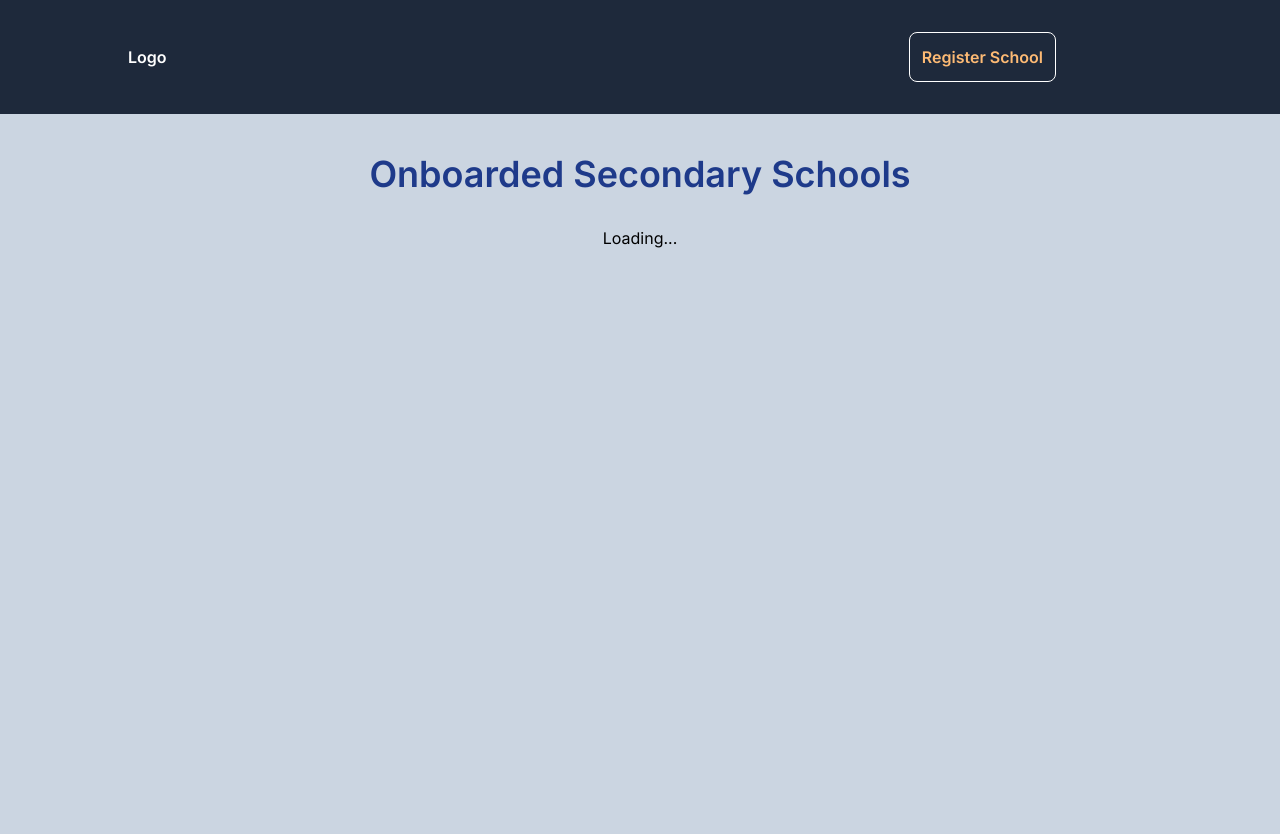
Repository: marcusdashe/fullstack-ts
Page: /
These files come from the project's save history. The page is drawn as it stood at one moment and after the next save; the edit follows.
The browser window is 1280 px wide. The pictures show the whole page.
The page's requests for data from a server got no answer. The project was rebuilt for these pictures with package versions that can differ from the ones it lists, and the page was loaded fresh each time. The framework's server and built-in components were replaced by stand-ins that run in the browser. No one was signed in, and anything a server would have sent is missing. Also part of the build but not shown: next.config.js, app/components/SchoolCard.tsx.

Above is the page before, as saved 2023-07-28 09:56:20.

### app/layout.tsx
import "./globals.css";
import type { Metadata } from "next";
import { Inter } from "next/font/google";
import Navbar from "./components/NavBar";

const inter = Inter({
  weight: ["400", "600"],
  subsets: ["latin"],
});

export const metadata: Metadata = {
  title: "SMP",
  description: "School Management System for Secondary School",
  keywords: ["smp", "lms", "marcus"],
};

export default function RootLayout({
  children,
}: {
  children: React.ReactNode;
}) {
  return (
    <html lang="en">
      <body className={inter.className}>
        <Navbar />
        {children}
      </body>
    </html>
  );
}

### app/page.tsx
import Image from "next/image";
import React from "react";
import Head from "next/head";
import SchoolListed from "@/app/components/SchoolListed";

export default function Home() {
  return (
    <div className="bg-slate-300 min-h-screen">
      <Head>
        <title>School List</title>
        <meta name="description" content="A school management system" />
      </Head>

      <main className="container mx-auto py-10 px-4 flex flex-col items-center justify-start">
        <h1 className="text-4xl font-bold mb-8 text-blue-900">
          Onboarded Secondary Schools
        </h1>
        <SchoolListed />
      </main>
    </div>
  );
}

### app/components/NavBar.tsx
"use client";

import React from "react";
import { useRouter } from "next/router";
import Link from "next/link";
// import Logo from "./Logo";
// import { TwitterIcon, GithubIcon, LinkedInIcon } from "./Icons";
// import { motion } from "framer-motion";

type CustomLinkProps = {
  href: string;
  title: string;
  className: string | object;
};

const CustomLink = ({ href, title, className = "" }: CustomLinkProps) => {
  //   const router = useRouter();

  return (
    <Link href={href} className={`${className} relative group`}>
      {title}
      <span
        className={`h-[1px] inline-block bg-dark absolute left-0 -bottom-0.5 group-hover:w-full transition-[width] ease duration-300 ${
          "w-0" //   router.asPath === href ? "w-full" : "w-0"
        }`}
      >
        &nbsp;
      </span>
    </Link>
  );
};

const Navbar: React.FC = () => {
  return (
    <header
      className="w-full px-32 py-8 font-bold
            flex items-center justify-between sticky top-0 z-10 bg-slate-800 text-white"
    >
      <nav>
        <CustomLink href="/" title="Logo" className="mr-4" />
        {/* <CustomLink href="/about" title="About" className="mx-4" /> */}
      </nav>

      <nav className="flex items-center justify-center flex-wrap">
        <a
          href="/school"
          className="w-max-content mx-3 text-orange-300 border border-white p-3 rounded-lg"
        >
          Register School
        </a>
        <a
          href="https://www.linkedin.com/in/marcus-dashe-15a088202"
          target={"_blank"}
          className="w-6 mx-3"
        ></a>
        <a
          href="https://www.github.com/marcusdashe"
          target={"_blank"}
          className="w-6 ml-3"
        >
          {/* <GithubIcon /> */}
        </a>
      </nav>
      <div className="absolute left-[50%] top-2 translate-x-[-50]">
        {/* <Logo /> */}
      </div>
    </header>
  );
};

export default Navbar;

### app/components/SchoolListed.tsx
"use client";

import React, { useState, useEffect } from "react";
import SchoolService, { School } from "@/app/services/api/school.service";
import SchoolCard from "@/app/components/SchoolCard";

const SchoolListed: React.FC = () => {
  const [schoolArray, setSchoolArray] = useState<School[]>([]);
  const [loading, setLoading] = useState<Boolean>(true);

  useEffect(() => {
    const fetchSchools = async () => {
      try {
        const response = await SchoolService.fetchAllSchools();
        // if (response.statusText !== "ok")
        //   throw Error("Did not receive expected data");
        console.log(response.data);
        setSchoolArray(response.data);
      } catch (error: any) {
        console.log(error.message);
      } finally {
        setLoading(false);
      }
    };
    setTimeout(() => {
      (async () => await fetchSchools())();
    }, 2000);
  }, []);
  return (
    <>
      <div className="grid grid-cols-1">
        {schoolArray.length > 0 ? (
          <>
            {schoolArray.map((school: School) => (
              <SchoolCard key={school.schoolEmail} {...school} />
            ))}
          </>
        ) : (
          <>
            <p>Loading...</p>
          </>
        )}
      </div>
    </>
  );
};

export default SchoolListed;

### app/services/api/school.service.ts
import axios, { AxiosResponse } from "axios";
import config from "../config";

export interface School {
  schoolName: string;
  schoolAddress: string;
  schoolPhoneNumber: string;
  schoolWebsite: string;
  schoolEmail: string;
  schoolLogo: string;
}

const API_URL: string = config.API_BASE_URL;

class SchoolService {
  static client = axios.create({
    baseURL: API_URL,
  });

  async registerSchool(school: School): Promise<AxiosResponse<School>> {
    const response = await SchoolService.client.post<School>(
      "/schools/create",
      school
    );
    return response;
  }

  async fetchAllSchools(): Promise<AxiosResponse<School[]>> {
    const response = await SchoolService.client.get<School[]>("/schools/all");
    return response;
  }

  async fetchSchoolById(id: number): Promise<AxiosResponse<School>> {
    const response = await SchoolService.client.get<School>(`/school/${id}`);
    return response;
  }

  async updateSchool6(
    school: School,
    id: number
  ): Promise<AxiosResponse<School>> {
    const response = await SchoolService.client.put<School>(
      `/schools/${id}`,
      school
    );
    return response;
  }

  async delSchoolById(id: number): Promise<AxiosResponse<void>> {
    const response = await SchoolService.client.delete<void>(`/schools/${id}`);
    return response;
  }

  async fetchSchoolByName(schoolName: string): Promise<AxiosResponse<School>> {
    const response = await SchoolService.client.get<School>(
      `/schools/byName/${schoolName}`
    );
    return response;
  }

  async fetchSchoolByPhoneNumber(
    phoneNumber: string
  ): Promise<AxiosResponse<School>> {
    const response = await SchoolService.client.get<School>(
      `/schools/byPhoneNumber/${phoneNumber}`
    );
    return response;
  }

  async fetchSchoolByWebsite(
    schoolWebsite: string
  ): Promise<AxiosResponse<School>> {
    const response = await SchoolService.client.get<School>(
      `/schools/byWebsite/${schoolWebsite}`
    );
    return response;
  }

  async fetchSchoolByEmail(email: string): Promise<AxiosResponse<School>> {
    const response = await SchoolService.client.get<School>(
      `/schools/byEmail/${email}`
    );
    return response;
  }
}

export default new SchoolService();

### app/services/config.ts
export default {
  API_BASE_URL:
    `${process.env.NEXT_PUBLIC_BACKEND_BASE_URL}/api-v1` ||
    "http://localhost:8000/api-v1",
};

Loaded but not shown: app/globals.css (common file); tailwind.config.js (common file)

After the next save:
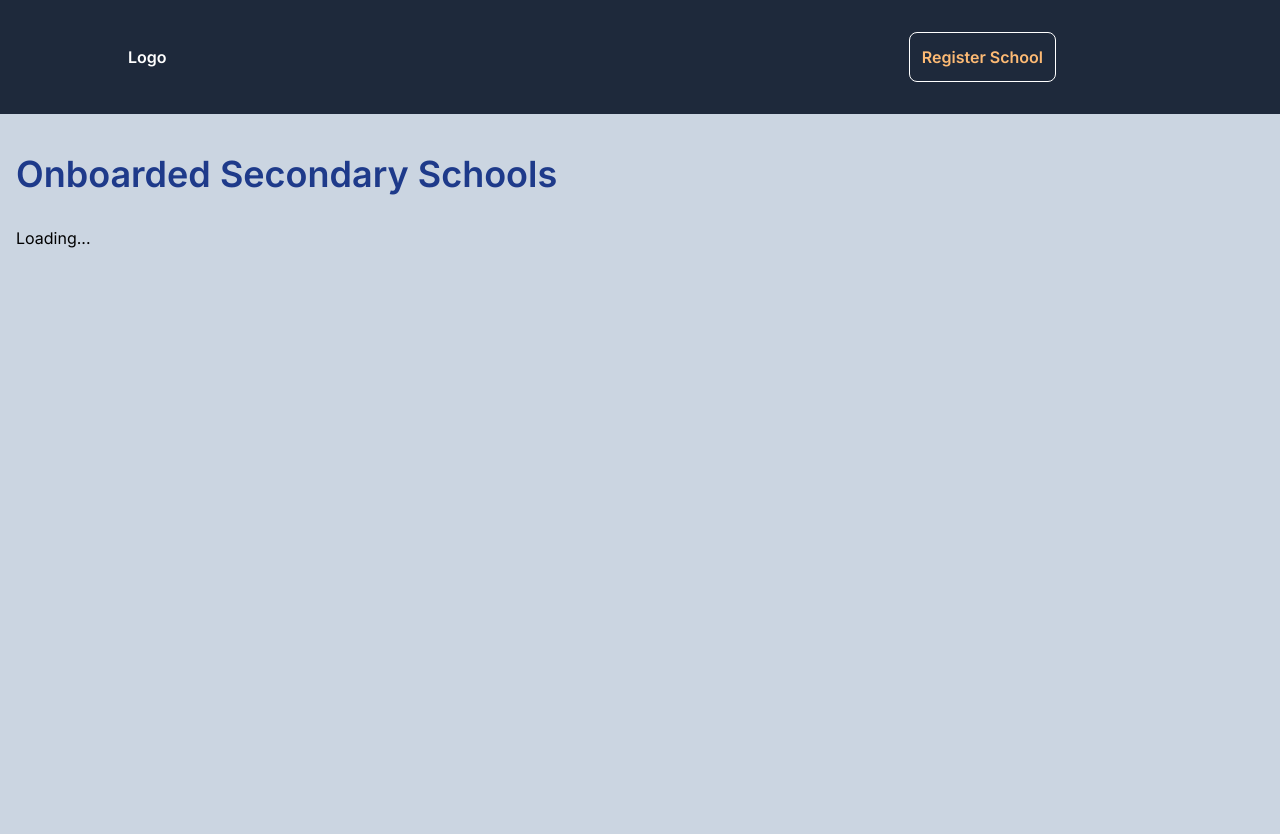
Saved 18 s later.
--- a/app/page.tsx
+++ b/app/page.tsx
@@ -11,7 +11,7 @@
         <meta name="description" content="A school management system" />
       </Head>
 
-      <main className="container mx-auto py-10 px-4 flex flex-col items-center justify-start">
+      <main className="container mx-auto py-10 px-4 flex flex-col items-start justify-start">
         <h1 className="text-4xl font-bold mb-8 text-blue-900">
           Onboarded Secondary Schools
         </h1>

After the save that followed:
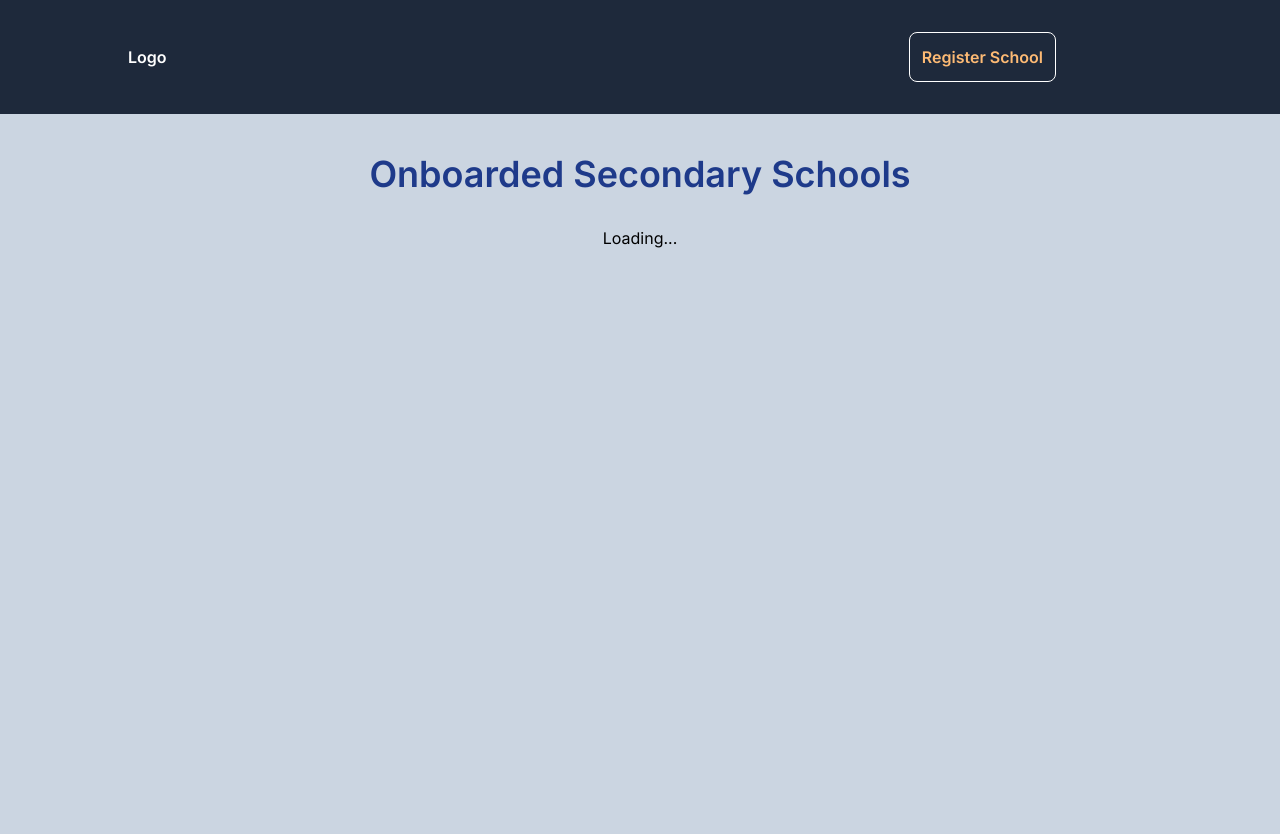
Saved 10 s later.
--- a/app/page.tsx
+++ b/app/page.tsx
@@ -11,7 +11,7 @@
         <meta name="description" content="A school management system" />
       </Head>
 
-      <main className="container mx-auto py-10 px-4 flex flex-col items-start justify-start">
+      <main className="container mx-auto py-10 px-4 flex flex-col items-center justify-start">
         <h1 className="text-4xl font-bold mb-8 text-blue-900">
           Onboarded Secondary Schools
         </h1>
